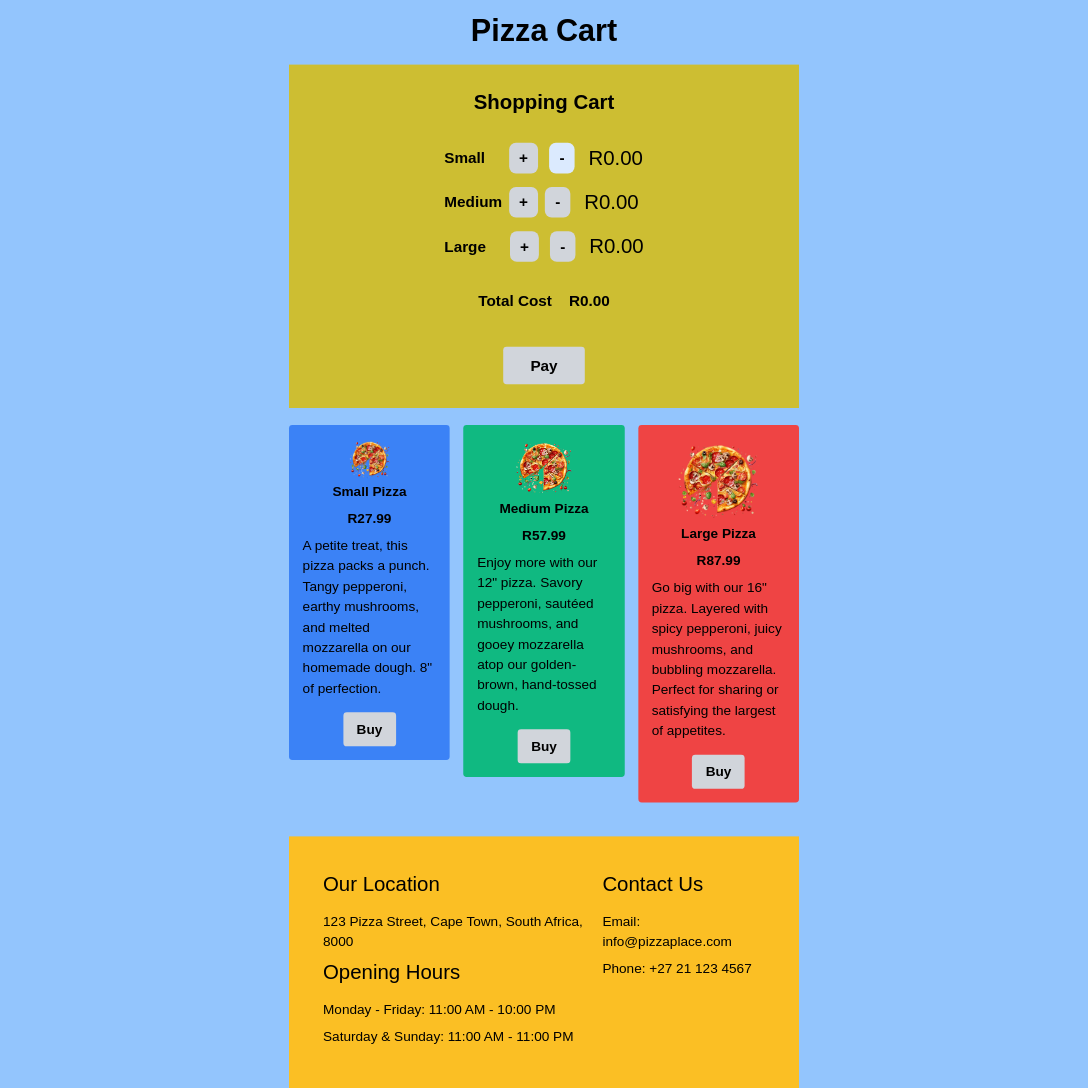
Repository: lasity34/pizza_cart
Page: index.html
An editor plug-in stored every save of this project. The page is shown before and after the next save, followed by the edit.
The browser window is 1280 px wide. The pictures show the whole page, at 85% of full size.
Some web fonts or font styles are not loaded; a fallback is used. Some web libraries are served in a nearby version.

Above is the page before, as saved 2023-07-12 14:10:52.

### index.html
<!DOCTYPE html>
<html lang="en">
  <head>
    <meta charset="UTF-8" />
    <meta name="viewport" content="width=device-width, initial-scale=1.0" />
    <title>Pizza Cart</title>
    <script src="//unpkg.com/alpinejs" defer></script>
    <link
      href="https://cdn.jsdelivr.net/npm/tailwindcss@2.1.2/dist/tailwind.min.css"
      rel="stylesheet"
    />
    <link href="./style.css" rel="stylesheet" />
    <link rel="preconnect" href="https://fonts.googleapis.com">
<link rel="preconnect" href="https://fonts.gstatic.com" crossorigin>
<link href="https://fonts.googleapis.com/css2?family=Titillium+Web:ital@0;1&family=Tsukimi+Rounded:wght@300;400;500&display=swap" rel="stylesheet">
  </head>
  <body x-data="cart" class="bg-blue-300" x-cloak>
    <section class="flex justify-center items-center">
      <h1 class="text-4xl pt-4 font-bold">Pizza Cart</h1>
    </section>

    <section
    class="shop-container my-5 p-7 flex flex-col text-xs   sm:text-base  md:text-lg  lg:text-lg justify-center items-center"
  >
      <h2 class="text-2xl mb-2 font-bold">Shopping Cart</h2>
      <div class="mt-6 flex flex-col items-center">
        <div >
          <div class="flex items-center mb-4">
            <p class="font-bold mr-2">Small</p>
            <div class="ml-5">
              <button
                @click="increment('small')"
                class="bg-gray-300 hover:bg-gray-400 rounded-lg px-3 py-1 mr-2 font-bold"
              >
                +
              </button>
              <button
                @click="decrement('small')"
                class="bg-blue-100 hover:bg-gray-400 rounded-lg px-3 py-1 font-bold"
              >
                -
              </button>
            </div>
            <p class="ml-4 text-2xl">
              R<span x-text="(smallAmount * prices.small).toFixed(2)"
                >0.00</span
              >
            </p>
          </div>
          <div class="flex items-center mb-4">
            <p class="font-bold mr-2 text-red">Medium</p>
            <button
              @click="increment('medium')"
              class="bg-gray-300 hover:bg-gray-400 rounded-lg px-3 py-1 mr-2 font-bold"
            >
              +
            </button>
            <button
              @click="decrement('medium')"
              class="bg-gray-300 hover:bg-gray-400 rounded-lg px-3 py-1 font-bold"
            >
              -
            </button>
            <p class="ml-4 text-2xl">
              R<span x-text="(mediumAmount * prices.medium).toFixed(2)"
                >0.00</span
              >
            </p>
          </div>
          <div class="flex items-center mb-4">
            <p class="font-bold mr-2">Large</p>
            <div class="ml-5">
              <button
                @click="increment('large')"
                class="bg-gray-300 hover:bg-gray-400 rounded-lg px-3 py-1 mr-2 font-bold"
              >
                +
              </button>
              <button
                @click="decrement('large')"
                class="bg-gray-300 hover:bg-gray-400 rounded-lg px-3 py-1 font-bold"
              >
                -
              </button>
            </div>
            <p class="ml-4 text-2xl">
              R<span x-text="(largeAmount * prices.large).toFixed(2)"
                >0.00</span
              >
            </p>
          </div>
        </div>
        <div class="flex justify-center mt-4">
          <p class="font-bold">Total Cost</p>
          <p class="ml-5 font-bold">R<span x-text="total().toFixed(2)">0.00</span></p>
        </div>
        <div class="mt-4">
          <span  x-html="payMessage"></span>
        </div>

        <div class="mt-4" x-show="total() !== 0" x-cloak>
          <label class="font-bold">Payment Amount:</label>
          <input placeholder="Enter payment here" type="number" step="0.01" class="rounded ml-2 py-2" x-model="paymentAmount" />
        </div>
        <div class="mt-6">
          <button
          x-cloak
          @click="paymentTotal()"
            class="bg-gray-300 hover:bg-gray-400 py-2 px-8 rounded font-bold"
          >
            <span x-text="total() === 0 ? 'Pay' : 'Checkout'"></span>
          </button>
        </div>
      </div>
    </section>

    <section class="pizza_columns">
      <div class="flex flex-col gap-4 mx-auto lg:flex-row items-stretch justify-center">
        <div class="pizza_sm bg-blue-500 rounded p-4 w-full lg:w-4/5 flex flex-col justify-between text-black md:h-full">
          <div class="flex flex-col items-center justify-center h-full">
            <img src="./pizza.png" width="50" />
            <h3 class="mb-2 font-bold">Small Pizza</h3>
            <h3 class="mb-2 font-bold">R27.99</h3>
            <p class="mb-4">
              A petite treat, this pizza packs a punch. Tangy pepperoni, earthy
              mushrooms, and melted mozzarella on our homemade dough. 8" of
              perfection.
            </p>
            <button
              @click="buy('small')"
              :disabled="smallAdded"
              class="bg-gray-300 hover:bg-gray-400 transition-colors duration-300 py-2 px-4 rounded font-bold"
            >
              Buy
            </button>
          </div>
        </div>
        <div class="pizza_md bg-green-500 rounded p-4 w-full lg:w-4/5 flex flex-col justify-between text-black md:h-full">
          <div class="flex flex-col items-center justify-center h-full">
            <img src="./pizza.png" width="70" />
            <h3 class="mb-2 font-bold">Medium Pizza</h3>
            <h3 class="mb-2 font-bold">R57.99</h3>
            <p class="mb-4">
              Enjoy more with our 12" pizza. Savory pepperoni, sautéed
              mushrooms, and gooey mozzarella atop our golden-brown, hand-tossed
              dough.
            </p>
            <button
              @click="buy('medium')"
              :disabled="mediumAdded"
              class="bg-gray-300 hover:bg-gray-400 transition-colors duration-300 py-2 px-4 rounded font-bold"
            >
              Buy
            </button>
          </div>
        </div>
        <div class="pizza_lg bg-red-500 rounded p-4 w-full lg:w-4/5 flex flex-col justify-between text-black md:h-full">
          <div class="flex flex-col items-center justify-center h-full">
            <img src="./pizza.png" width="100" />
            <h3 class="mb-2 font-bold">Large Pizza</h3>
            <h3 class="mb-2 font-bold">R87.99</h3>
            <p class="mb-4">
              Go big with our 16" pizza. Layered with spicy pepperoni, juicy
              mushrooms, and bubbling mozzarella. Perfect for sharing or
              satisfying the largest of appetites.
            </p>
            <button
              @click="buy('large')"
              :disabled="largeAdded"
              class="bg-gray-300 hover:bg-gray-400 transition-colors duration-300 py-2 px-4 rounded font-bold"
            >
              Buy
            </button>
          </div>
        </div>
      </div>


      <footer class="bg-yellow-400 text-black mt-10 p-10">
        <div class="container mx-auto flex justify-between">
          <div>
            <h2 class="text-2xl mb-4">Our Location</h2>
            <p class="mb-2">123 Pizza Street, Cape Town, South Africa, 8000</p>

            <h2 class="text-2xl mb-4">Opening Hours</h2>
            <p class="mb-2">Monday - Friday: 11:00 AM - 10:00 PM</p>
            <p class="mb-2">Saturday & Sunday: 11:00 AM - 11:00 PM</p>
          </div>
          <div>
            <h2 class="text-2xl mb-4">Contact Us</h2>
            <p class="mb-2">Email: info@pizzaplace.com</p>
            <p class="mb-2">Phone: +27 21 123 4567</p>
          </div>
        </div>
      </footer>
    </section>
    <div
    x-show="show"
    x-transition:enter="transition ease-out duration-300"
    x-transition:enter-start="opacity-0 transform scale-90"
    x-transition:enter-end="opacity-100 transform scale-100"
    x-transition:leave="transition ease-in duration-300"
    x-transition:leave-start="opacity-100 transform scale-100"
    x-transition:leave-end="opacity-0 transform scale-90"
    class="fixed inset-0 flex items-center justify-center z-50"
  >
    <div class="bg-green-800 text-white rounded p-5 shadow-lg">

      <p x-text="message"></p>
      <!-- Removed the Close button -->
    </div>
  </div>


    <script src="./pizza.js"></script>
  </body>
</html>

### style.css

body {
    max-width: 600px;
    margin: 0 auto;

font-family: 'Tsukimi Rounded', sans-serif;
}

.shop-container {
    background-color: rgb(205, 190, 50);
}

input::-webkit-outer-spin-button,
input::-webkit-inner-spin-button {
  -webkit-appearance: none;
  margin: 0;
}

input[type="number"] {
  -moz-appearance: textfield;
 text-indent: 10px;
}

[x-cloak] { display: none; }

### pizza.js
function cart() {
  return {
    smallAmount: 0,
    mediumAmount: 0,
    largeAmount: 0,
    paymentAmount: 0,
    message: "",
    payMessage: "",
    smallAdded: false,
    mediumAdded: false,
    largeAdded: false,
    show: false,
    prices: {
      small: 27.99,
      medium: 57.99,
      large: 87.99,
    },
    lastMessageAdded: '',
    increment(size) {
      if (size === "small" && this.smallAdded) {
        this.smallAmount++;
      } else if (size === "medium" && this.mediumAdded) {
        this.mediumAmount++;
      } else if (size === "large" && this.largeAdded) {
        this.largeAmount++;
      }
    },
    buy(size) {
      if (size === "small") {
        this.smallAdded = true;
        this.smallAmount++;  // increment the small pizza count
        this.message = 'Small Pizza has been added';
      } else if (size === "medium") {
        this.mediumAdded = true;
        this.mediumAmount++;  // increment the medium pizza count
        this.message = 'Medium Pizza has been added';
      } else if (size === "large") {
        this.largeAdded = true;
        this.largeAmount++;  // increment the large pizza count
        this.message = 'Large Pizza has been added';
      }
      this.toggleModal();
    },
    decrement(size) {
      if(size === 'small' && this.smallAmount > 0 && this.smallAdded) {
        this.smallAmount--;
        if(this.smallAmount === 0) this.smallAdded = false;
      }
      if(size === 'medium' && this.mediumAmount > 0 && this.mediumAdded) {
        this.mediumAmount--;
        if(this.mediumAmount === 0) this.mediumAdded = false;
      }
      if(size === 'large' && this.largeAmount > 0 && this.largeAdded) {
        this.largeAmount--;
        if(this.largeAmount === 0) this.largeAdded = false;
      }
    },
    total() {
      return (
        this.smallAmount * this.prices.small +
        this.mediumAmount * this.prices.medium +
        this.largeAmount * this.prices.large
      );
    },
    paymentTotal() {
      if (this.paymentAmount < this.total()) {
        this.payMessage = `<p class='flex bg-red-600 text-white py-2 px-4 font-bold text-lg my-3 py-1'>R${(this.total() - this.paymentAmount).toFixed(2)} is needed</p>`;
        setTimeout(() => {
          this.payMessage = "";
        }, 2000);
      } else if (this.paymentAmount > this.total()) {
        this.payMessage = `<p class='flex bg-red-600 text-white py-2 px-4 font-bold text-lg my-3 py-1'>There is R${(this.paymentAmount - this.total()).toFixed(2)} too much</p>`;
        setTimeout(() => {
          this.payMessage = "";
        }, 2000);
      } else if (this.paymentAmount == this.total() && this.total() !== 0) {
        this.payMessage = "<p class='flex bg-green-600 text-white py-2 px-4 font-bold text-lg my-3 py-1'>Enjoy your pizzas<p>";
        this.reset();
        setTimeout(() => {
          this.payMessage = "";
        }, 2000);
      }
    },
    toggleModal() {
      this.show = !this.show;
      if (this.show) {
        setTimeout(() => { this.show = false; }, 2000); // Close after 2 seconds
      }
    },
    reset() {
      this.smallAmount = 0;
      this.mediumAmount = 0;
      this.largeAmount = 0;
      this.paymentAmount = 0;
      this.message = "";

      this.smallAdded = false;
      this.mediumAdded = false;
      this.largeAdded = false;
      this.show = false;
    }
  };
}

document.addEventListener("alpine:init", () => {
  Alpine.data("cart", cart);
});

After the next save:
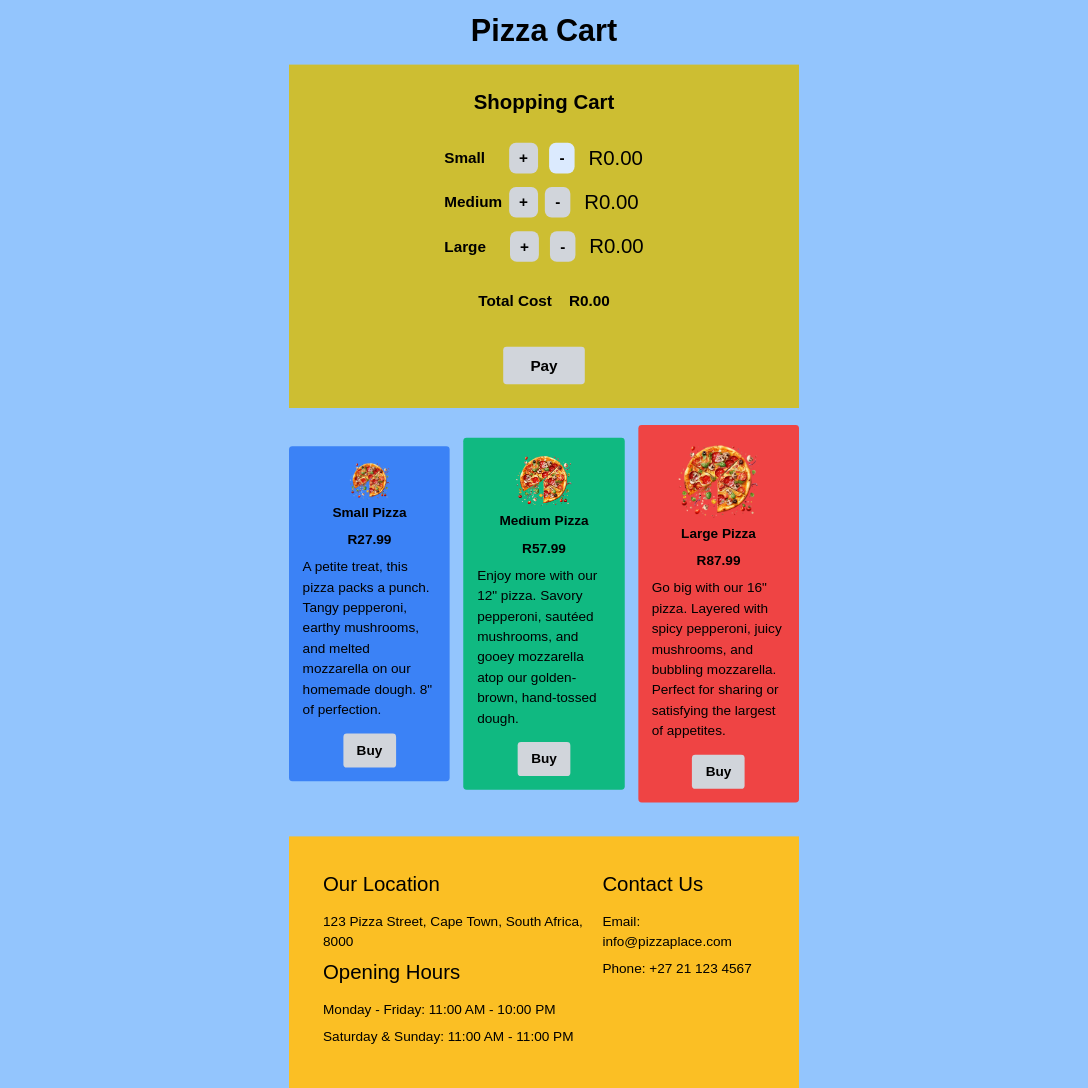
Saved 2 min 17 s later.
--- a/index.html
+++ b/index.html
@@ -115,8 +115,8 @@
     </section>
 
     <section class="pizza_columns">
-      <div class="flex flex-col gap-4 mx-auto lg:flex-row items-stretch justify-center">
-        <div class="pizza_sm bg-blue-500 rounded p-4 w-full lg:w-4/5 flex flex-col justify-between text-black md:h-full">
+      <div class="flex flex-col gap-4 mx-auto items-center lg:flex-row  justify-center">
+        <div class="flex bg-blue-500 rounded p-4 w-4/5 lg:w-4/5 flex flex-col justify-between text-black md:h-full">
           <div class="flex flex-col items-center justify-center h-full">
             <img src="./pizza.png" width="50" />
             <h3 class="mb-2 font-bold">Small Pizza</h3>
